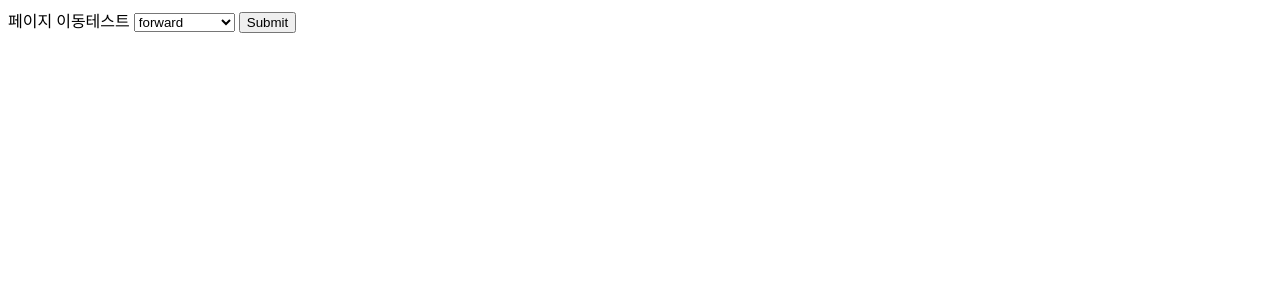
Repository: 2hundred2ne2/bit
Page: http://localhost/First_Web/responce/selectPage.jsp
The author's editor kept a copy of each file at every save. The page is drawn from the files as they stood at one save, then again after the next save.
The browser window is 1280 px wide. The pictures show the whole page.
The page is served by Tomcat 9. Other server files are loaded and not shown.

Above is the page before, as saved 2020-12-16 07:16:04.

### JSP_PROJECT/First_Web/WebContent/responce/selectPage.jsp
<%@ page language="java" contentType="text/html; charset=UTF-8"
    pageEncoding="UTF-8"%>
<!DOCTYPE html>
<html>
<head>
<meta charset="UTF-8">
<title>Insert title here</title>
</head>
<body>
<form action="resultPage.jsp">

페이지 이동테스트

<select name="select">
<option value="0">forward</option>
<option value="1">sendRedirect</option>
</select>
<input type="submit">
</form>



</body>
</html>

After the next save:
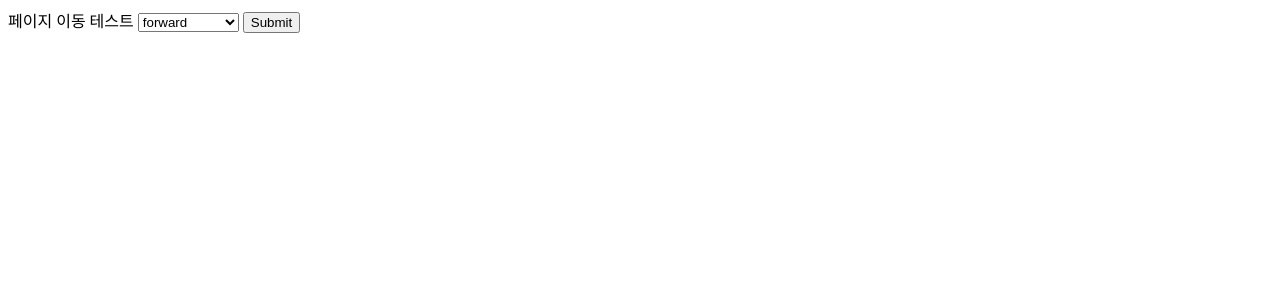
Saved 28 s later.
--- a/JSP_PROJECT/First_Web/WebContent/responce/selectPage.jsp
+++ b/JSP_PROJECT/First_Web/WebContent/responce/selectPage.jsp
@@ -1,5 +1,5 @@
 <%@ page language="java" contentType="text/html; charset=UTF-8"
-    pageEncoding="UTF-8"%>
+	pageEncoding="UTF-8"%>
 <!DOCTYPE html>
 <html>
 <head>
@@ -7,18 +7,16 @@
 <title>Insert title here</title>
 </head>
 <body>
-<form action="resultPage.jsp">
 
-페이지 이동테스트
+	<form action="resultPage.jsp">
+		페이지 이동 테스트
+		<select name="select">
+			<option value="0">forward</option>
+			<option value="1">sendRedirect</option>
+		</select>
+		<input type="submit">
 
-<select name="select">
-<option value="0">forward</option>
-<option value="1">sendRedirect</option>
-</select>
-<input type="submit">
-</form>
-
-
+	</form>
 
 </body>
 </html>
